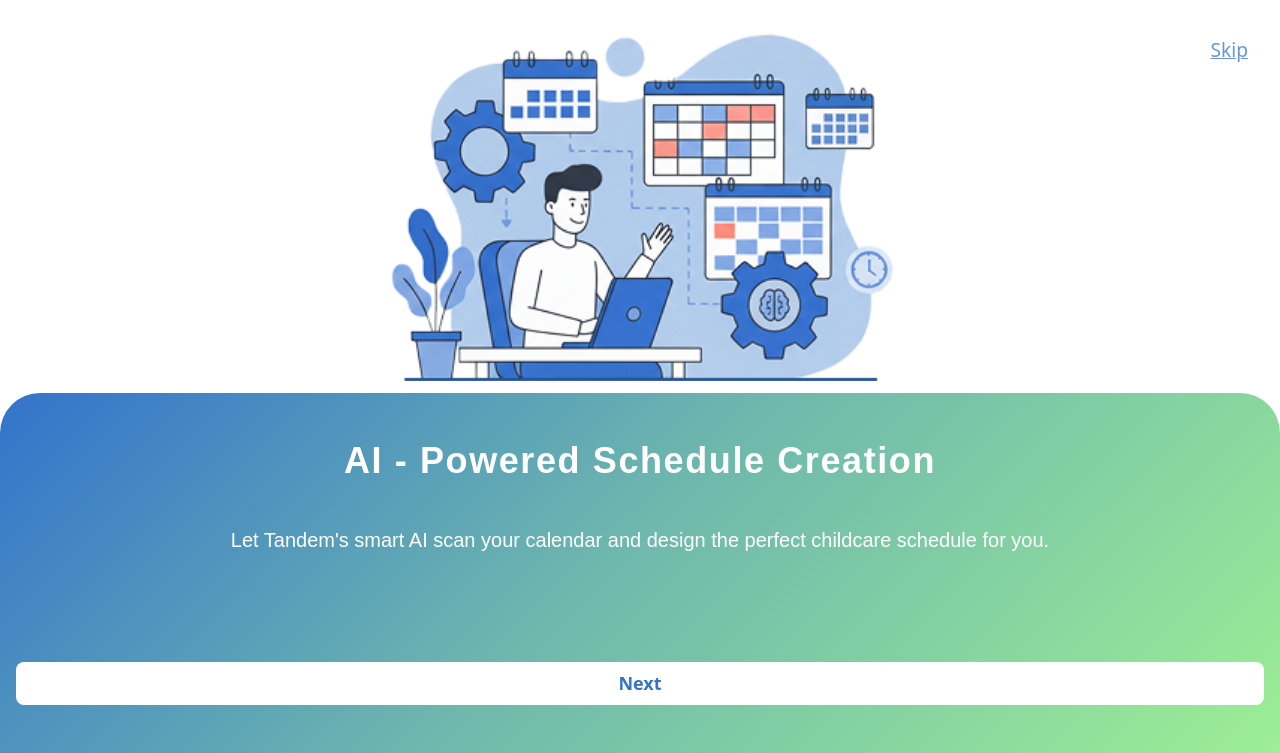
Repository: IDSP-TRADECARE/Tandem
Page: /boarding/features
An editor plug-in stored every save of this project. The page is shown before and after the next save, followed by the edit.
The browser window is 1280 px wide. The pictures show the whole page.
The page's requests for data from a server got no answer. Some web fonts or font styles are not loaded; a fallback is used. The project was rebuilt for these pictures with package versions that can differ from the ones it lists, and the page was loaded fresh each time. Some packages were replaced by stand-ins written for this rebuild. The framework's server and built-in components were replaced by stand-ins that run in the browser. No one was signed in, and anything a server would have sent is missing. Also part of the build but not shown: next.config.ts, src/app/components/auth/AuthGuard.tsx.

Above is the page before, as saved 2025-11-23 00:49:36.

After the next save:
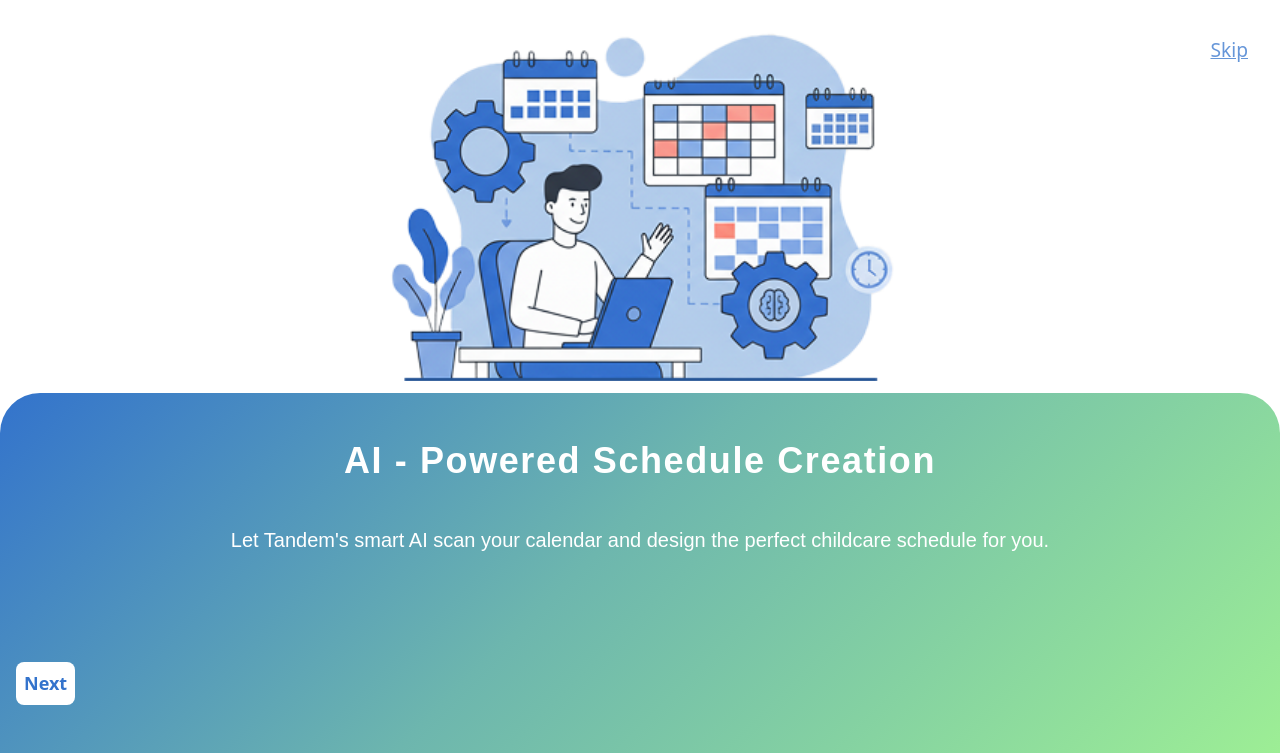
Saved 111 s later.
--- a/src/app/boarding/features/features.module.css
+++ b/src/app/boarding/features/features.module.css
@@ -110,6 +110,7 @@
     gap: 1rem;
     width: 100%;
     margin-top: auto;
+    position: relative;
 }
 
 .previousButton {
@@ -122,7 +123,30 @@
     font-size: 1.125rem;
     font-weight: bold;
     cursor: pointer;
-    transition: all 0.3s;
+    transition: all 0.4s ease-in-out;
+    opacity: 0;
+    width: 0;
+    min-width: 0;
+    flex-shrink: 0;
+    overflow: hidden;
+    white-space: nowrap;
+}
+
+.previousButton.visible {
+    opacity: 1;
+    width: auto;
+    min-width: 0;
+    flex: 1;
+}
+
+.previousButton.hidden {
+    opacity: 0;
+    width: 0;
+    min-width: 0;
+    flex: 0;
+    padding: 0.5rem 0;
+    margin: 0;
+    gap: 0;
 }
 
 .previousButton:hover {
@@ -134,7 +158,6 @@
 }
 
 .nextButton {
-    flex: 1;
     padding: 0.5rem;
     background: #fff;
     color: var(--color-primary);
@@ -143,7 +166,17 @@
     font-size: 1.125rem;
     font-weight: bold;
     cursor: pointer;
-    transition: opacity 0.3s;
+    transition: all 0.4s ease-in-out;
+}
+
+.nextButton.fullWidth {
+    width: 100%;
+    flex: 1 1 100%;
+}
+
+.nextButton.halfWidth {
+    width: auto;
+    flex: 1;
 }
 
 .nextButton:hover {
